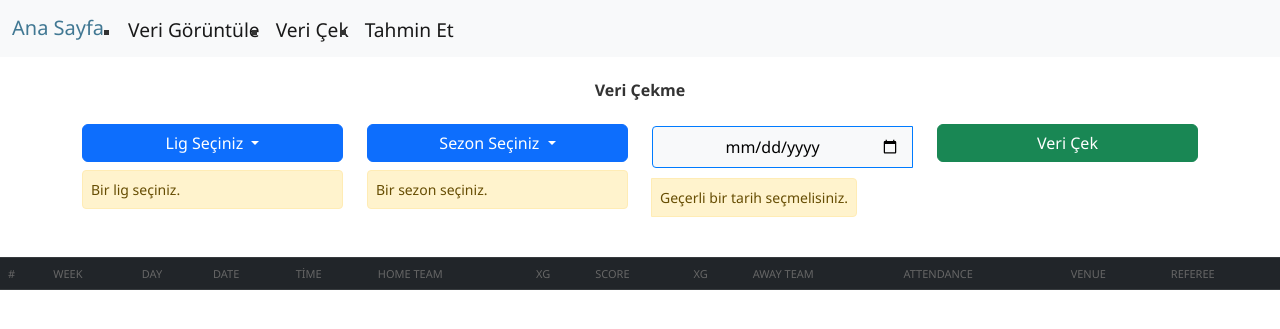
Repository: keremtanil/football_match_result_prediction
Page: http://localhost/live_collect_data/
An editor plug-in stored every save of this project. The page is shown before and after the next save, followed by the edit.
The browser window is 1280 px wide. The pictures show the whole page.
The page is served by the project's application, run on Django 3.2 (blogapp/manage.py). Other server files are loaded and not shown.

Above is the page before, as saved 2025-01-06 16:12:25.

### blogapp/blog/templates/blog/live_collect_data.html
{% extends "base.html" %}
{% load static %}

{% block css_files %}
    <link rel="stylesheet" href="{% static 'blog/css/style.css' %}">
{% endblock %}

{% block content %}
<div class="message-container">
    {% if messages %}
    <div class="alert-container">
        {% for message in messages %}
        <div class="alert {{ message.tags }} alert-dismissible fade show" role="alert">
            <span class="alert-text">{{ message }}</span>
            <button type="button" class="btn-close" data-bs-dismiss="alert" aria-label="Close"></button>
        </div>
        {% endfor %}
    </div>
    {% endif %}
</div>
<div class="container mt-4">
    <!-- Header Section -->
    <h2 class="text-center mb-4">Veri Çekme</h2>
    <!-- Form Başlangıcı -->
    <form method="GET" action="{% url 'live' %}">
        <!-- Dropdown and Button Section -->
        <div class="row justify-content-center mb-4">
            <!-- First Dropdown -->
            <div class="col-md-3 mb-3 mb-md-0">
                <div class="dropdown">
                    <button id="leagueDropdown" class="btn btn-primary dropdown-toggle w-100" type="button" data-bs-toggle="dropdown" aria-expanded="false">
                        {{ selected_league|default:"Lig Seçiniz" }}
                    </button>
                    <ul class="dropdown-menu w-100">
                        {% for league in leagues %}
                        <li>
                            <a class="dropdown-item" href="#" onclick="updateDropdownAndInput('leagueDropdown', 'leagueInput', '{{ league.league }}')">
                                {{ league.league }}
                            </a>
                        </li>
                        {% endfor %}
                    </ul>
                    <input type="hidden" id="leagueInput" name="league" value="{{ selected_league|default:'' }}">
                    {% if validation_errors.league %}
                    <div class="alert alert-warning mt-2">
                        <i class="fas fa-exclamation-triangle"></i> {{ validation_errors.league }}
                    </div>
                    {% endif %}
                </div>
            </div>

            <!-- Second Dropdown -->
            <div class="col-md-3 mb-3 mb-md-0">
                <div class="dropdown">
                    <button id="seasonDropdown" class="btn btn-primary dropdown-toggle w-100" type="button" data-bs-toggle="dropdown" aria-expanded="false">
                        {{ selected_season|default:"Sezon Seçiniz" }}
                    </button>
                    <ul class="dropdown-menu w-100">
                        {% for season in seasons %}
                        <li>
                            <a class="dropdown-item" href="#" onclick="updateDropdownAndInput('seasonDropdown', 'seasonInput', '{{ season.season }}')">
                                {{ season.season }}
                            </a>
                        </li>
                        {% endfor %}
                    </ul>
                    <input type="hidden" id="seasonInput" name="season" value="{{ selected_season|default:'' }}">
                    <!-- Add alert container -->
                    {% if validation_errors.season %}
                    <div class="alert alert-warning mt-2">
                        <i class="fas fa-exclamation-triangle"></i> {{ validation_errors.season }}
                    </div>
                    {% endif %}
                </div>
            </div>

            <!-- Tarih Alanı (Date Picker) -->
            <div class="col-md-3 mb-3 mb-md-0">
                <div class="input-group">
                    {{ form.match_date }} <!-- Formdaki takvim alanı -->
                    {% if validation_errors.date %}
                    <div class="alert alert-warning mt-2">
                        <i class="fas fa-exclamation-triangle"></i> {{ validation_errors.date }}
                    </div>
                    {% endif %}
                </div>
            </div>

            <!-- Submit Button -->
            <div class="col-md-3 mb-3 mb-md-0">
                <button type="submit" class="btn btn-success w-100 btn-custom2">Veri Çek</button>
            </div>
        </div>
    </form>
</div>
<!-- Table Section -->
<div class="table-responsive" style="max-height: 400px; overflow-y: auto;">
    <table class="table table-bordered table-striped table-hover">
      <thead class="table-dark">
        <tr>
          <th>#</th>
          <th>Week</th>
          <th>Day</th>
          <th>Date</th>
          <th>Time</th>
          <th>Home Team</th>
          <th>xG</th>
          <th>Score</th>
          <th>xG</th>
          <th>Away Team</th>
          <th>Attendance</th>
          <th>Venue</th>
          <th>Referee</th>
          <!-- Dinamik olarak oyuncu sütunları -->
          {% comment %} {% if merged_data|length > 0 %}
            {% for i in merged_data.0.home_players %}
              <th>{{ forloop.counter }}. HP Name</th>
              <th>{{ forloop.counter }}. HP Shirt Number</th>
              <th>{{ forloop.counter }}. HP Nation</th>
              <th>{{ forloop.counter }}. HP Pos</th>
              <th>{{ forloop.counter }}. HP Age</th>
              <th>{{ forloop.counter }}. HP Min</th>
              <th>{{ forloop.counter }}. HP Gls</th>
              <th>{{ forloop.counter }}. HP Ast</th>
              <th>{{ forloop.counter }}. HP PK</th>
              <th>{{ forloop.counter }}. HP PKatt</th>
              <th>{{ forloop.counter }}. HP Sh</th>
              <th>{{ forloop.counter }}. HP SoT</th>
              <th>{{ forloop.counter }}. HP CrdY</th>
              <th>{{ forloop.counter }}. HP CrdR</th>
              <th>{{ forloop.counter }}. HP Touches</th>
              <th>{{ forloop.counter }}. HP Tkl</th>
              <th>{{ forloop.counter }}. HP Int</th>
              <th>{{ forloop.counter }}. HP Blocks</th>
              <th>{{ forloop.counter }}. HP xG</th>
              <th>{{ forloop.counter }}. HP npxG</th>
              <th>{{ forloop.counter }}. HP xAG</th>
              <th>{{ forloop.counter }}. HP SCA</th>
              <th>{{ forloop.counter }}. HP GCA</th>
              <th>{{ forloop.counter }}. HP Cmp</th>
              <th>{{ forloop.counter }}. HP Passes Att</th>
              <th>{{ forloop.counter }}. HP Cmp%</th>
              <th>{{ forloop.counter }}. HP PrgP</th>
              <th>{{ forloop.counter }}. HP Carries</th>
              <th>{{ forloop.counter }}. HP PrgC</th>
              <th>{{ forloop.counter }}. HP T-O Att</th>
              <th>{{ forloop.counter }}. HP T-O Succ</th>
            {% endfor %}
            {% for i in merged_data.0.away_players %}
              <th>{{ forloop.counter }}. AP Name</th>
              <th>{{ forloop.counter }}. AP Shirt Number</th>
              <th>{{ forloop.counter }}. AP Nation</th>
              <th>{{ forloop.counter }}. AP Pos</th>
              <th>{{ forloop.counter }}. AP Age</th>
              <th>{{ forloop.counter }}. AP Min</th>
              <th>{{ forloop.counter }}. AP Gls</th>
              <th>{{ forloop.counter }}. AP Ast</th>
              <th>{{ forloop.counter }}. AP PK</th>
              <th>{{ forloop.counter }}. AP PKatt</th>
              <th>{{ forloop.counter }}. AP Sh</th>
              <th>{{ forloop.counter }}. AP SoT</th>
              <th>{{ forloop.counter }}. AP CrdY</th>
              <th>{{ forloop.counter }}. AP CrdR</th>
              <th>{{ forloop.counter }}. AP Touches</th>
              <th>{{ forloop.counter }}. AP Tkl</th>
              <th>{{ forloop.counter }}. AP Int</th>
              <th>{{ forloop.counter }}. AP Blocks</th>
              <th>{{ forloop.counter }}. AP xG</th>
              <th>{{ forloop.counter }}. AP npxG</th>
              <th>{{ forloop.counter }}. AP xAG</th>
              <th>{{ forloop.counter }}. AP SCA</th>
              <th>{{ forloop.counter }}. AP GCA</th>
              <th>{{ forloop.counter }}. AP Cmp</th>
              <th>{{ forloop.counter }}. AP Passes Att</th>
              <th>{{ forloop.counter }}. AP Cmp%</th>
              <th>{{ forloop.counter }}. AP PrgP</th>
              <th>{{ forloop.counter }}. AP Carries</th>
              <th>{{ forloop.counter }}. AP PrgC</th>
              <th>{{ forloop.counter }}. AP T-O Att</th>
              <th>{{ forloop.counter }}. AP T-O Succ</th>
            {% endfor %}
          {% endif %} {% endcomment %}
        </tr>
      </thead>
      <tbody>
        {% for data in merged_data  %}
        <tr>
          <td>{{ forloop.counter }}</td>
          <td>{{ data.match.wk }}</td>
          <td>{{ data.match.day }}</td>
          <td>{{ data.match.date }}</td>
          <td>{{ data.match.time }}</td>
          <td>{{ data.match.home }}</td>
          <td>{{ data.match.xg1 }}</td>
          <td>{{ data.match.score }}</td>
          <td>{{ data.match.xg2 }}</td>
          <td>{{ data.match.away }}</td>
          <td>{{ data.match.attendance }}</td>
          <td>{{ data.match.venue }}</td>
          <td>{{ data.match.referee }}</td>
          <!-- Futbolcu bilgilerini sütun sütun yazdırıyoruz -->
          {% comment %} {% for player in data.home_players %}
          <td>{{ player.home_player_name }}</td>
          <td>{{ player.home_player_shirt_number }}</td>
          <td>{{ player.home_player_nation }}</td>
          <td>{{ player.home_player_pos }}</td>
          <td>{{ player.home_player_age }}</td>
          <td>{{ player.home_player_min }}</td>
          <td>{{ player.home_player_gls }}</td>
          <td>{{ player.home_player_ast }}</td>
          <td>{{ player.home_player_pk }}</td>
          <td>{{ player.home_player_pkatt }}</td>
          <td>{{ player.home_player_sh }}</td>
          <td>{{ player.home_player_sot }}</td>
          <td>{{ player.home_player_crdy }}</td>
          <td>{{ player.home_player_crdr }}</td>
          <td>{{ player.home_player_touches }}</td>
          <td>{{ player.home_player_tkl }}</td>
          <td>{{ player.home_player_int }}</td>
          <td>{{ player.home_player_blocks }}</td>
          <td>{{ player.home_player_xg }}</td>
          <td>{{ player.home_player_npxg }}</td>
          <td>{{ player.home_player_xag }}</td>
          <td>{{ player.home_player_sca }}</td>
          <td>{{ player.home_player_gca }}</td>
          <td>{{ player.home_player_cmp }}</td>
          <td>{{ player.home_player_att }}</td>
          <td>{{ player.home_player_cmp_rate }}</td>
          <td>{{ player.home_player_prgp }}</td>
          <td>{{ player.home_player_carries }}</td>
          <td>{{ player.home_player_prgc }}</td>
          <td>{{ player.home_player_att2 }}</td>
          <td>{{ player.home_player_succ }}</td>
          {% endfor %}
          {% for player in data.away_players %}
          <td>{{ player.away_player_name }}</td>
          <td>{{ player.away_player_shirt_number }}</td>
          <td>{{ player.away_player_nation }}</td>
          <td>{{ player.away_player_pos }}</td>
          <td>{{ player.away_player_age }}</td>
          <td>{{ player.away_player_min }}</td>
          <td>{{ player.away_player_gls }}</td>
          <td>{{ player.away_player_ast }}</td>
          <td>{{ player.away_player_pk }}</td>
          <td>{{ player.away_player_pkatt }}</td>
          <td>{{ player.away_player_sh }}</td>
          <td>{{ player.away_player_sot }}</td>
          <td>{{ player.away_player_crdy }}</td>
          <td>{{ player.away_player_crdr }}</td>
          <td>{{ player.away_player_touches }}</td>
          <td>{{ player.away_player_tkl }}</td>
          <td>{{ player.away_player_int }}</td>
          <td>{{ player.away_player_blocks }}</td>
          <td>{{ player.away_player_xg }}</td>
          <td>{{ player.away_player_npxg }}</td>
          <td>{{ player.away_player_xag }}</td>
          <td>{{ player.away_player_sca }}</td>
          <td>{{ player.away_player_gca }}</td>
          <td>{{ player.away_player_cmp }}</td>
          <td>{{ player.away_player_att }}</td>
          <td>{{ player.away_player_cmp_rate }}</td>
          <td>{{ player.away_player_prgp }}</td>
          <td>{{ player.away_player_carries }}</td>
          <td>{{ player.home_player_prgc }}</td>
          <td>{{ player.away_player_att2 }}</td>
          <td>{{ player.away_player_succ }}</td>
          {% endfor %} {% endcomment %}
        </tr>
        {% endfor %}
      </tbody>
    </table>
  </div>
<script>
    function updateDropdownAndInput(dropdownId, inputId, selectedText) {
      // Dropdown butonunun üzerindeki metni değiştir
      document.getElementById(dropdownId).textContent = selectedText;
      // İlgili gizli input'un değerini seçilen metinle güncelle
      document.getElementById(inputId).value = selectedText || '';  // Eğer seçilmezse boş string
  }
</script>
{% endblock %}

### blogapp/templates/base.html
{% load static %}
<!DOCTYPE html>
<html lang="tr">
<head>
    <meta charset="UTF-8">
    <meta http-equiv="X-UA-Compatible" content="IE=edge">
    <meta name="viewport" content="width=device-width, initial-scale=1.0">
    <link href="https://cdn.jsdelivr.net/npm/bootstrap@5.2.3/dist/css/bootstrap.min.css" rel="stylesheet" integrity="sha384-rbsA2VBKQhggwzxH7pPCaAqO46MgnOM80zW1RWuH61DGLwZJEdK2Kadq2F9CUG65" crossorigin="anonymous">
    <link rel="stylesheet" href="{% static 'css/base.css' %}">
    {% block css_files %} {% endblock %}
    <title>Document</title>
</head>
<body>
    <nav class="navbar navbar-expand-lg bg-light">
    <div class="container-fluid">
        <a class="navbar-brand large-text" href="{% url 'home' %}">Ana Sayfa</a>
        <button class="navbar-toggler" type="button" data-bs-toggle="collapse" data-bs-target="#navbarNav" aria-controls="navbarNav" aria-expanded="false" aria-label="Toggle navigation">
        <span class="navbar-toggler-icon"></span>
        </button>
        <div class="collapse navbar-collapse" id="navbarNav">
        <ul class="navbar-nav">
            <li class="nav-item">
            <a class="nav-link active" aria-current="page" href="{% url 'collect' %}" style="font-size: 1.2rem;">Veri Görüntüle</a>
            </li>
            <li class="nav-item">
            <a class="nav-link active" href="{% url 'live' %}" style="font-size: 1.2rem;">Veri Çek</a>
            </li>
            <li class="nav-item">
            <a class="nav-link active" href="{% url 'predict' %}" style="font-size: 1.2rem;">Tahmin Et</a>
            </li>
        </ul>
        </div>
    </div>
    </nav>
    {% block content %}{% endblock %}
    <script src="https://cdn.jsdelivr.net/npm/bootstrap@5.2.3/dist/js/bootstrap.bundle.min.js" integrity="sha384-kenU1KFdBIe4zVF0s0G1M5b4hcpxyD9F7jL+jjXkk+Q2h455rYXK/7HAuoJl+0I4" crossorigin="anonymous"></script>
</body>
</html>

### blogapp/blog/forms.py
from django import forms
from datetime import date

class DateField(forms.Form):
    match_date = forms.DateField(
        widget=forms.DateInput(
            attrs={
                'class': 'form-control',
                'type': 'date',
                'max': date.today().strftime('%Y-%m-%d'),
                'placeholder': 'Tarih Seçiniz'
            }
        ),
        initial=date.today
    )

### blogapp/blogapp/urls.py
"""blogapp URL Configuration

The `urlpatterns` list routes URLs to views. For more information please see:
    https://docs.djangoproject.com/en/3.2/topics/http/urls/
Examples:
Function views
    1. Add an import:  from my_app import views
    2. Add a URL to urlpatterns:  path('', views.home, name='home')
Class-based views
    1. Add an import:  from other_app.views import Home
    2. Add a URL to urlpatterns:  path('', Home.as_view(), name='home')
Including another URLconf
    1. Import the include() function: from django.urls import include, path
    2. Add a URL to urlpatterns:  path('blog/', include('blog.urls'))
"""
from django.contrib import admin
from django.urls import path, include

urlpatterns = [
    path('admin/', admin.site.urls),
    path('', include('blog.urls'))
]

### blogapp/blog/urls.py
from django.urls import path
from . import views
urlpatterns = [
    path("", views.index, name="home"),
    path("index", views.index),
    path("collect_data", views.collect_data, name="collect"),
    path("predict", views.predict, name="predict"),
    path("live_collect_data/", views.live_collect_data, name="live"),
]

### blogapp/blog/static/blog/css/style.css
html, body {
    margin: 0 ; /* Varsayılan marjinleri devre dışı bırak */
    padding: 0 ;
    height: 100% ; /* Tam yüksekliği zorunlu kıl */
    overflow: hidden; /* Kaydırmayı engelle */
}
.vh-100 {
height: 100vh; /* Tam görünüm alanı yüksekliği */
}
.btn-custom {
  font-size: 1.5rem;  /* Font boyutunu artırır */
  padding: 15px 30px; /* Butonun içindeki boşlukları artırır */
  text-align: center; /* Buton içeriğini ortalar */
  white-space: nowrap; /* Buton metninin taşmasını engeller */
}
.btn-custom2:hover{
  background-color: #218838;
}
.container-lg {
  max-width: 800px; /* Konteynerin maksimum genişliği */
  margin: 0 auto; /* Ortalanır */
}
.dropdown-menu {
  max-height: 300px; /* Maksimum yüksekliği belirleyin */
  overflow-y: auto;  /* Dikey kaydırmayı aktif hale getirin */
}
/* Takvim alanını iyileştirme */
input[type="date"].form-control {
  background-color: #f8f9fa; /* Hafif gri arka plan */
  border-color: #007bff; /* Kenarlık rengi mavi */
  color: #000; /* Yazı rengi siyah */
  text-align: center;
  height: calc(2.5rem + 2px); /* Diğer butonlarla eşitlemek için */
  width: 100%; /* Tam genişlik için */
  border-radius: 0.25rem; /* Hafif yuvarlatılmış kenarlar */
}

/* Focus efekti */
input[type="date"].form-control:focus {
  outline: none;
  box-shadow: 0 0 5px #007bff; /* Hover efekti */
  border-color: #0056b3; /* Daha koyu mavi */
}
.form-container {
  max-width: 900px;
  margin: 30px auto;
  padding: 20px;
  border: 1px solid #ddd;
  border-radius: 10px;
  background-color: #f9f9f9;
}
.form-row {
  display: flex;
  flex-wrap: wrap;
  gap: 15px;
  justify-content: space-between;
}
.form-group {
  flex: 1 1 calc(48% - 10px);
  display: flex;
  flex-direction: column;
}
.form-group input {
  height: 40px;
  font-size: 14px;
}
.submit-btn {
  width: 100%;
  background-color: #198754;
  color: white;
  height: 50px;
  font-size: 16px;
  border: none;
  border-radius: 5px;
  margin-top: 20px;
}
.submit-btn:hover {
  background-color: #218838;
}
/* .message-container {
  display: flex;
  justify-content: center;
  align-items: center;
  margin-top: 20px; /* Üst boşluk
}

.alert-container {
  width: 80%;
  max-width: 600px; /* Maksimum genişlik
}

.alert {
  background-color: #f8f9fa;
  border: 1px solid #ced4da;
  border-radius: 8px;
  padding: 15px;
  font-size: 16px;
  box-shadow: 0px 4px 6px rgba(0, 0, 0, 0.1); /* Hafif gölge
}

.alert .alert-text {
  color: #212529;
  font-family: 'Arial', sans-serif; /* Modern yazı tipi
}

.btn-close
  color: #6c757d; /* Buton rengi
} */
.alert-warning {
  background-color: #fff3cd;
  border-color: #ffecb5;
  color: #664d03;
  padding: 0.5rem;
  font-size: 0.875rem;
  border-radius: 0.25rem;
  margin-top: 5px;
}

.dropdown {
  position: relative;
}

.alert-custom {
  position: absolute;
  width: 100%;
  z-index: 1000;
}

Loaded but not shown: blogapp/staticfiles/admin/css/base.css (common file); blogapp/blog/views.py (341 lines, source omitted)

After the next save:
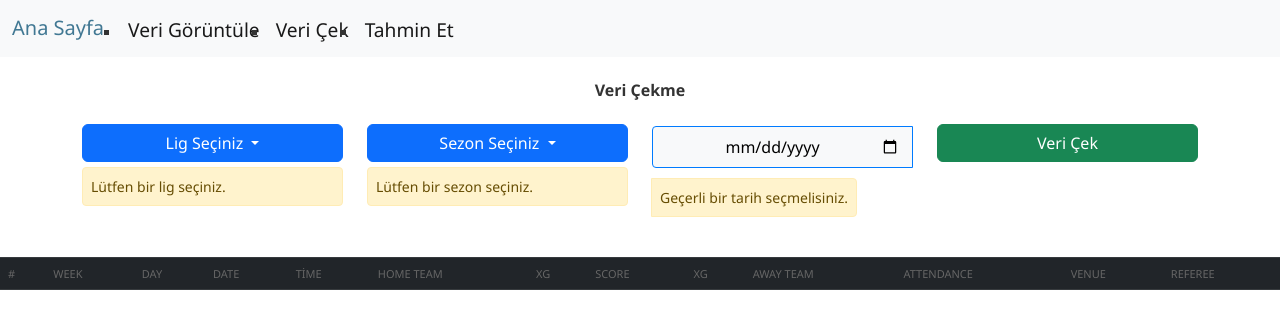
Saved 6 min 9 s later.
--- a/blogapp/blog/templates/blog/live_collect_data.html
+++ b/blogapp/blog/templates/blog/live_collect_data.html
@@ -41,11 +41,9 @@
                         {% endfor %}
                     </ul>
                     <input type="hidden" id="leagueInput" name="league" value="{{ selected_league|default:'' }}">
-                    {% if validation_errors.league %}
-                    <div class="alert alert-warning mt-2">
-                        <i class="fas fa-exclamation-triangle"></i> {{ validation_errors.league }}
+                    <div id="leagueAlert" class="alert alert-warning {% if validation_errors.league and request.method == 'GET' %}show{% endif %}">
+                        <i class="fas fa-exclamation-triangle"></i> Lütfen bir lig seçiniz.
                     </div>
-                    {% endif %}
                 </div>
             </div>
 
@@ -65,12 +63,9 @@
                         {% endfor %}
                     </ul>
                     <input type="hidden" id="seasonInput" name="season" value="{{ selected_season|default:'' }}">
-                    <!-- Add alert container -->
-                    {% if validation_errors.season %}
-                    <div class="alert alert-warning mt-2">
-                        <i class="fas fa-exclamation-triangle"></i> {{ validation_errors.season }}
+                    <div id="seasonAlert" class="alert alert-warning {% if validation_errors.season and request.method == 'GET' %}show{% endif %}">
+                        <i class="fas fa-exclamation-triangle"></i> Lütfen bir sezon seçiniz.
                     </div>
-                    {% endif %}
                 </div>
             </div>
 
